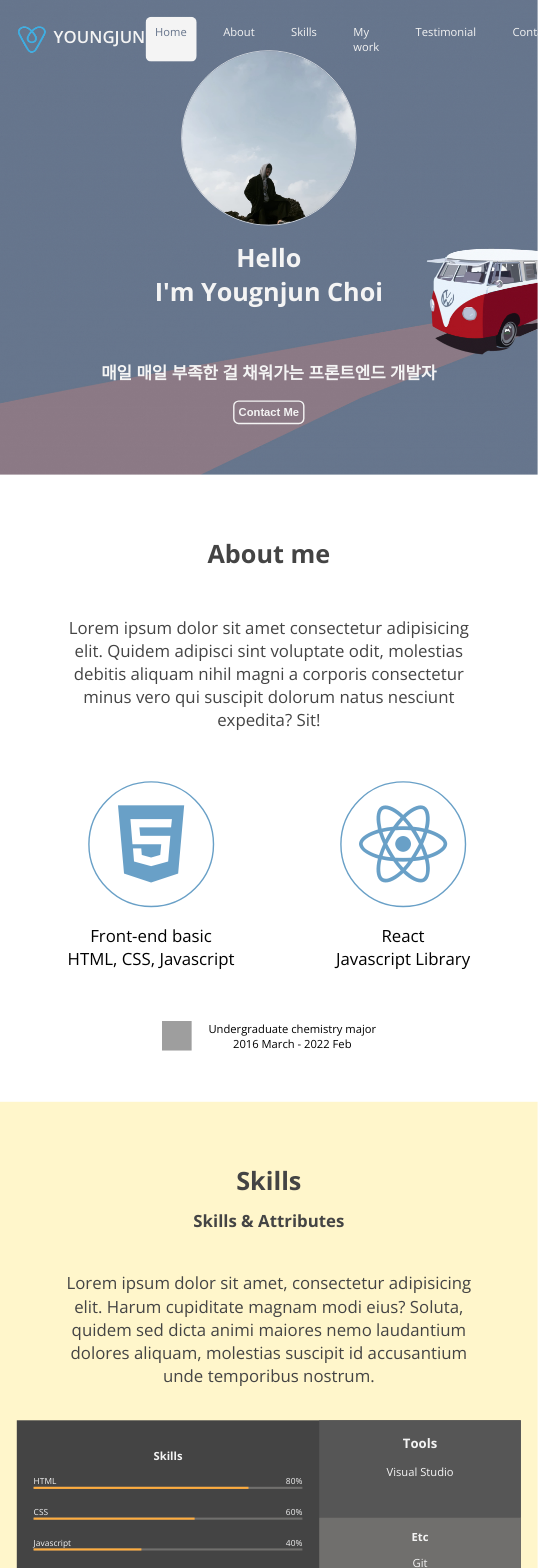
Repository: choi2021/portfolio-vanillaJS
Page: index.html
An editor plug-in stored every save of this project. The page is shown before and after a run of saves, followed by the edit.
The browser window is 768 px wide. The pictures show the part of the page from y = 0 to 2240 px (the page is 5112 px tall), at 70% of full size.
Pictures or frames that could not be fetched are drawn as grey boxes. Some web libraries are served in a nearby version.

Above is the page before, as saved 2022-01-08 14:47:02.

### index.html
<!DOCTYPE html>
<html lang="en">

<head>
  <meta charset="UTF-8">
  <meta http-equiv="X-UA-Compatible" content="IE=edge">
  <meta name="viewport" content="width=device-width, initial-scale=1.0">
  <title>Youngjun's Portfolio</title>
  <meta name="description" content="Front-end developer Youngjun">
  <meta name="author" content="Youngjun ">
  <link rel="icon" href="public/favicon.png" type="public/png">
  <link rel="stylesheet" href="style.css">
  <script src="main.js" defer></script>
  <script src="https://kit.fontawesome.com/a6a726722e.js" crossorigin="anonymous"></script>
  <link href="https://fonts.googleapis.com/css2?family=Open+Sans:wght@400;600;700&display=swap" rel="stylesheet">
</head>

<body>
  <!-- Navbar -->
  <nav class="navbar">
    <div class="navbar__logo">
      <img src="public/favicon.png" alt="logo">
      <a href="#">YOUNGJUN</a>
    </div>
    <ul class="navbar__menu">
      <li class="navbar__menu__item active">Home</li>
      <li class="navbar__menu__item">About</li>
      <li class="navbar__menu__item">Skills</li>
      <li class="navbar__menu__item">My work</li>
      <li class="navbar__menu__item">Testimonial</li>
      <li class="navbar__menu__item">Contact</li>
    </ul>
  </nav>
  <!-- Home -->
  <section class="home">
    <img class="home__avatar" src="public/profile.jpg" alt="home-img">
    <h1 class="title">Hello <br> I'm Yougnjun Choi</h1>
    <h3 class="description">매일 매일 부족한 걸 채워가는 프론트엔드 개발자</h3>
    <button class="home__contact">contact me</button>
  </section>
  <!-- About -->
  <section class="about section">
    <div class="section__container">
      <h1 class="title">About me</h1>
      <p class="description">Lorem ipsum dolor sit amet consectetur adipisicing elit. Quidem adipisci sint voluptate
        odit, molestias debitis aliquam nihil magni a corporis consectetur minus vero qui suscipit dolorum natus
        nesciunt
        expedita? Sit!</p>
      <ul class="about__stacks">
        <li class="stack">
          <div class="stack__icon">
            <i class="fab fa-html5"></i>
          </div>
          <div class="stack__title">Front-end basic</div>
          <div class="stack__description">HTML, CSS, Javascript</div>
        </li>
        <li class="stack">
          <div class="stack__icon">
            <i class="fab fa-react"></i>
          </div>
          <div class="stack__title">React</div>
          <div class="stack__description">Javascript Library</div>
        </li>
      </ul>
      <div class="about__experience">
        <img src="public/gist_logo.jpg" alt="">
        <div class="experience__description">
          <div class="experience__name">Undergraduate chemistry major</div>
          <div class="experience__term">2016 March - 2022 Feb</div>
        </div>
      </div>
    </div>
  </section>
  <!-- Skills -->
  <section class="skills section">
    <div class="section__container">
      <h1 class="title">Skills</h1>
      <h2 class="sub_title">Skills & Attributes</h2>
      <p class="description">Lorem ipsum dolor sit amet, consectetur adipisicing elit. Harum cupiditate magnam modi
        eius? Soluta,
        quidem sed dicta animi maiores nemo laudantium dolores aliquam, molestias suscipit id accusantium unde
        temporibus
        nostrum.</p>
      <div class="skillset">
        <div class="skillset__left">
          <h3 class="skillset__title">Skills</h3>
          <div class="skill">
            <div class="skill__description">
              <span class="description__name">HTML</span>
              <span class="description__figure">80%</span>
            </div>
            <div class="skill__bar">
              <div class="skill__value" style="width: 80%"></div>
            </div>
          </div>
          <div class="skill">
            <div class="skill__description">
              <span class="description__name">CSS</span>
              <span class="description__figure">60%</span>
            </div>
            <div class="skill__bar">
              <div class="skill__value" style="width: 60%"></div>
            </div>
          </div>
          <div class="skill">
            <div class="skill__description">
              <span class="description__name">Javascript</span>
              <span class="description__figure">40%</span>
            </div>
            <div class="skill__bar">
              <div class="skill__value" style="width: 40%"></div>
            </div>
          </div>
          <div class="skill">
            <div class="skill__description">
              <span class="description__name">React</span>
              <span class="description__figure">10%</span>
            </div>
            <div class="skill__bar">
              <div class="skill__value" style="width:10%"></div>
            </div>
          </div>
        </div>
        <div class="skillset__right">
          <section class="tools">
            <h3 class="tools__title">Tools</h3>
            <ul class="tools__list">
              <li>
                <span>Visual Studio</span>
              </li>
            </ul>
          </section>
          <section class="etc">
            <h3 class="skillset__title">Etc</h3>
            <ul class="etc__list">
              <li>
                <span>Git</span>
              </li>
            </ul>
          </section>
        </div>
      </div>
    </div>
  </section>
  <section class="work section">
    <div class="section__container">
      <h1 class="title">My Work</h1>
      <h2 class="description">Projects</h2>
      <div class="work__categories">
        <button class="category__btn active">
          All
          <span class="category__count">8</span>
        </button>
        <button class="category__btn">HTML+CSS<span class="category__count">3</span></button>
        <button class="category__btn">HTML+CSS+Javascript<span class="category__count">3</span></button>
        <button class="category__btn">React<span class="category__count">2</span></button>
      </div>
      <div class="work__projects">
        <a href="#" class="project">
          <img src="public/background.jpg" alt="">
          <div class="project__description">
            <h3>Youtube UI</h3>
            <span>Clone coding with HTML and CSS</span>
          </div>
        </a>
        <a href="#" class="project">
          <img src="public/background.jpg" alt="">
          <div class="project__description">
            <h3>Youtube UI</h3>
            <span>Clone coding with HTML and CSS</span>
          </div>
        </a>
        <a href="#" class="project">
          <img src="public/background.jpg" alt="">
          <div class="project__description">
            <h3>Youtube UI</h3>
            <span>Clone coding with HTML and CSS</span>
          </div>
        </a>
        <a href="#" class="project">
          <img src="public/background.jpg" alt="">
          <div class="project__description">
            <h3>Youtube UI</h3>
            <span>Clone coding with HTML and CSS</span>
          </div>
        </a>
        <a href="#" class="project">
          <img src="public/background.jpg" alt="">
          <div class="project__description">
            <h3>Youtube UI</h3>
            <span>Clone coding with HTML and CSS</span>
          </div>
        </a>
        <a href="#" class="project">
          <img src="public/background.jpg" alt="">
          <div class="project__description">
            <h3>Youtube UI</h3>
            <span>Clone coding with HTML and CSS</span>
          </div>
        </a>
        <a href="#" class="project">
          <img src="public/background.jpg" alt="">
          <div class="project__description">
            <h3>Youtube UI</h3>
            <span>Clone coding with HTML and CSS</span>
          </div>
        </a>
        <a href="#" class="project">
          <img src="public/background.jpg" alt="">
          <div class="project__description">
            <h3>Youtube UI</h3>
            <span>Clone coding with HTML and CSS</span>
          </div>
        </a>
      </div>
    </div>
  </section>
  <section class="testimonials section">
    <div class="section__container">
      <h1 class="title">Testimonials</h1>
      <h2 class="description">See what they say about me</h2>
      <div class="testimonialset">
        <div class="testimonial">
          <img class="testimonial__avatar" src="public/background2.jpg" alt="">
          <div class="testimonial__speech-bubble">
            <span>Lorem ipsum dolor sit amet consectetur adipisicing elit. Minus tenetur in minima voluptatum! Accusamus
              suscipit laborum corrupti quidem fuga ratione doloremque. Fugiat porro sapiente sed suscipit delectus
              animi
              harum officia!</span>
            <div class="name-and-company">
              <span class="name"><a href="#"> Ellie</a></span>
              <span class="companay">TigerSpike</span>
            </div>
          </div>
        </div>
        <div class="testimonial">
          <div class="section__container"></div>
          <div class="testimonial__speech-bubble">
            <span>Lorem ipsum dolor sit amet consectetur adipisicing elit. Minus tenetur in minima voluptatum! Accusamus
              suscipit laborum corrupti quidem fuga ratione doloremque. Fugiat porro sapiente sed suscipit delectus
              animi
              harum officia!</span>
            <div class="name-and-company">
              <span class="name"><a href="#"> Ellie</a></span>
              <span class="companay">TigerSpike</span>
            </div>
          </div>
          <img class="testimonial__avatar" src="public/background2.jpg" alt="">
        </div>
      </div>
    </div>

  </section>
  <section class="contact section">
    <h1 class="title">Let's Talk</h1>
    <h2 class="contact__email">juni2004c@gmail.com</h2>
    <div class="contact__links">
      <a href="#">
        <i class="fab fa-github"></i>
      </a>
    </div>
    <p class="contact__rights">2022 Youngjun Choi- All rights reserved</p>
  </section>
</body>

</html>

### style.css
:root {
  /* color */
  --white-color: #f4f4f4;
  --blue-color: #69a0c7;
  --light-yellow-color: #fff6cb;
  --deep-yellow-color: #feac3e;
  --pink-color: #fd8682;
  --black-color: #444444;
  --dark-gray-color: #565656;
  --dim-gray-color: #706f6d;
  --light-gray-color: #d1d1d1;
  --dark-red-color: #8c7a86;
  --dark-blue-color: #67758c;

  /* Space */
  --base-space: 36px;

  /* Font weight */
  --weight-bold: 700;
  --weight-semi-bold: 600;
  --weight-regular: 400;

  /* Font-size */
  --font-large: 48px;
  --font-medium: 28px;
  --font-regular: 18px;
  --font-small: 16px;

  /* size */
  --count-size: 32px;
  --border-size: 8px;
  --logo-size: 43px;
  --avatar-size: 350px;
  --stack-size: 180px;
  --project-width: 280px;
  --project-height: 250px;
  --testimonial-size: 250px;
}

/* Universal tags */
* {
  box-sizing: border-box;
}

h1 {
  font-size: var(--font-large);
  font-weight: var(--weight-bold);
  color: var(--black-color);
  margin: 16px 0px;
}

h2 {
  font-size: var(--font-medium);
  font-weight: var(--weight-semi-bold);
  color: var(--black-color);
  margin: 8px 0px;
}

body {
  margin: 0;
  font-family: "Open Sans", sans-serif;
}

ul {
  list-style: none;
  padding-left: 0;
}

a {
  text-decoration: none;
  color: var(--black-color);
}

button {
  border: none;
  outline: none;
  background-color: transparent;
  cursor: pointer;
}

/* navbar */

.navbar {
  display: flex;
  justify-content: space-between;
  align-items: center;
  background-color: transparent;
  font-size: var(--font-medium);
  position: fixed;
  top: 0;
  width: 100%;
  padding: 0 var(--base-space);
}

.navbar__logo {
  display: flex;
}

.navbar__logo img {
  width: var(--logo-size);
  height: var(--logo-size);
  margin-right: calc(0.4 * var(--base-space));
}

.navbar__logo a {
  font-size: var(--font-medium);
  font-weight: var(--weight-semi-bold);
  color: var(--white-color);
}

.navbar__menu {
  display: flex;
  padding-left: 0;
}

.navbar__menu__item {
  padding: 8px 12px;
  font-size: var(--font-regular);
  cursor: pointer;
  border: 2px transparent solid;
  border-radius: var(--border-size);
  color: var(--white-color);
  margin-right: var(--base-space);
}

.navbar__menu__item:hover {
  border: 2px white solid;
}

.navbar__menu__item.active {
  background-color: var(--white-color);
  color: var(--dark-blue-color);
}

/* Home */

.home {
  padding: calc(3 * var(--base-space)) var(--base-space);
  background: url(./public/background.jpg) no-repeat center/cover;
  text-align: center;
}

.home__avatar {
  width: var(--avatar-size);
  height: var(--avatar-size);
  border-radius: 50%;
  border: 1px white solid;
}

.home .title {
  font-size: var(--font-large);
  font-weight: var(--weight-bold);
  text-align: center;
  color: var(--white-color);
}

.home .description {
  padding-top: calc(2 * var(--base-space));
  font-size: var(--font-medium);
  color: var(--white-color);
}

.home__contact {
  font-size: var(--font-regular);
  font-weight: var(--weight-bold);
  color: var(--white-color);
  text-transform: capitalize;
  padding: calc(0.25 * var(--base-space));
  border: solid var(--white-color) 2px;
  border-radius: var(--border-size);
}

.home__contact:hover {
  background-color: var(--white-color);
  color: var(--dark-blue-color);
}

.section {
  padding: calc(3 * var(--base-space)) var(--base-space);
  text-align: center;
}

.section__container {
  max-width: 1200px;
  margin: auto;
}

.about .description {
  width: 85%;
  margin: auto;
  padding-top: calc(2 * var(--base-space));
  font-size: var(--font-medium);
  text-align: center;
  color: var(--black-color);
  margin-bottom: calc(2 * var(--base-space));
}

.about__stacks {
  display: flex;
  justify-content: space-around;
  padding-left: 0;
  margin: calc(3 * var(--base-space)) 0;
}

.stack {
  font-size: var(--font-medium);
  display: flex;
  flex-direction: column;
  align-items: center;
  text-align: center;
}

.stack__icon {
  font-size: calc(0.7 * var(--stack-size));
  width: var(--stack-size);
  height: var(--stack-size);
  display: flex;
  justify-content: center;
  align-items: center;
  color: var(--blue-color);
  border: 2px solid var(--blue-color);
  border-radius: 50%;
  margin-bottom: var(--base-space);
  transition: transform 300ms ease-in;
}

.stack__icon:hover {
  transform: rotate(45deg);
  color: var(--dark-blue-color);
  border: 2px solid var(--dark-blue-color);
}

.about__experience {
  display: flex;
  justify-content: center;
  width: 50%;
  margin: auto;
}

.about__experience img {
  width: var(--logo-size);
  height: var(--logo-size);
  margin-right: var(--base-space);
}

.skills {
  background-color: var(--light-yellow-color);
}

.skills .sub_title {
  font-size: var(--font-medium);
  font-weight: var(--weight-bold);
  text-align: center;
  color: var(--black-color);
}

.skills .description {
  width: 85%;
  margin: auto;
  padding-top: calc(2 * var(--base-space));
  font-size: var(--font-medium);
  text-align: center;
  color: var(--black-color);
  margin-bottom: calc(2 * var(--base-space));
}

.skillset {
  display: flex;
  background-color: var(--black-color);
}

.skillset__left {
  flex-basis: 60%;
  display: flex;
  color: var(--white-color);
  flex-direction: column;
  align-items: center;
  padding: var(--base-space);
}

.skillset__title {
  font-size: var(--font-regular);
}

.skill {
  width: 100%;
  margin-bottom: var(--base-space);
}

.skill__description {
  width: 100%;
  font-size: var(--font-small);
  display: flex;
  justify-content: space-between;
}

.skill__bar {
  height: 3px;
  background-color: var(--dim-gray-color);
}

.skill__value {
  height: 3px;
  background-color: var(--deep-yellow-color);
}

.skillset__right {
  flex-basis: 40%;
  display: flex;
  flex-direction: column;
  margin: 0;
  text-align: center;
}

.tools {
  background-color: var(--dark-gray-color);
  width: 100%;
  height: 50%;
  color: var(--white-color);
}

.etc {
  background-color: var(--dim-gray-color);
  padding-left: 0;
  height: 50%;
  color: var(--white-color);
}

.tools__list,
.etc__list {
  padding-left: 0;
}

.work .description {
  width: 85%;
  margin: auto;
  padding-top: calc(2 * var(--base-space));
  color: var(--black-color);
  margin-bottom: calc(2 * var(--base-space));
}

.work__categories {
  margin-bottom: var(--base-space);
}

.category__btn {
  font-size: var(--font-regular);
  padding: 8px 12px;
  border: 1px solid var(--dim-gray-color);
  border-radius: var(--border-size);
}

.category__btn.active {
  color: var(--white-color);
  background-color: var(--dark-blue-color);
}

.category__count {
  display: inline-block;
  font-size: var(--font-regular);
  border-radius: 50%;
  width: var(--count-size);
  height: var(--count-size);
  line-height: 32px;
  background-color: var(--deep-yellow-color);
  margin-left: 8px;
  position: relative;
  top: -40px;
  left: 4px;
  opacity: 0;
  transition: all 300ms ease-in;
}
.category__btn.active .category__count,
.category__btn:hover .category__count {
  opacity: 1;
  top: 0;
  left: 0;
}

.work__projects {
  display: flex;
  justify-content: center;
  flex-wrap: wrap;
  width: 100%;
}

.project {
  position: relative;
  width: var(--project-width);
  height: var(--project-height);
  margin-right: calc(0.5 * var(--base-space));
  margin-bottom: calc(0.5 * var(--base-space));
}

.project img {
  width: 100%;
  height: 100%;
}

.project__description {
  background-color: var(--light-yellow-color);
  position: absolute;
  top: 0;
  left: 0;
  width: 100%;
  height: 100%;
  display: flex;
  flex-direction: column;
  justify-content: center;
  opacity: 0;
  transform: translate(0, 10px);
  transition: all 300ms ease-in-out;
}

.project__description:hover {
  opacity: 0.9;
  transform: translate(0, 0);
}

.project__description h3::after {
  display: block;
  margin: auto;
  content: "";
  width: 125px;
  height: 2px;
  background-color: var(--dim-gray-color);
}

.project__description span {
  font-size: var(--font-small);
}

/* Testimonial */

.testimonials {
  background-color: var(--light-gray-color);
}

.testimonials .description {
  max-width: 1200px;
  padding-top: calc(var(--base-space));
  font-size: var(--font-medium);
  color: var(--black-color);
  margin-bottom: calc(2 * var(--base-space));
}

.testimonialset {
  display: flex;
  flex-direction: column;
}

.testimonial {
  display: flex;
  margin-bottom: var(--base-space);
}

.testimonial__avatar:nth-child(odd) {
  margin-right: 24px;
}

.testimonial__avatar :nth-child(even) {
  margin-left: 24px;
}

.testimonial__avatar {
  width: var(--testimonial-size);
  height: var(--testimonial-size);
}

.testimonial__speech-bubble {
  background-color: var(--white-color);
  padding: var(--base-space);
  font-size: var(--font-regular);
  text-align: center;
}

.testimonial__speech-bubble .name-and-company {
  margin-top: var(--base-space);
}

.testimonial__speech-bubble .name {
  font-weight: var(--weight-bold);
}

/* contact */
.contact {
  background-color: var(--dark-blue-color);
}

.contact .title,
.contact__email,
.contact__rights {
  color: var(--white-color);
}

.contact .title {
  font-size: var(--font-large);
}

.contact__email {
  font-size: var(--font-medium);
}

.contact__links {
  color: var(--white-color);
}

.contact__links a {
  font-size: var(--logo-size);
  color: var(--white-color);
}

.contact__links a i {
  transition: transform 300ms ease-in-out;
}

.contact__links a i:hover {
  transform: scale(1.1);
}

.contact__rights {
  font-size: var(--font-regular);
}

@media screen and (max-width: 768px) {
  :root {
    /* Space */
    --base-space: 24px;

    /* Font weight */
    --weight-bold: 700;
    --weight-semi-bold: 600;
    --weight-regular: 400;

    /* Font-size */
    --font-large: 36px;
    --font-medium: 24px;
    --font-regular: 16px;
    --font-small: 12px;

    /* size */
    --count-size: 32px;
    --border-size: 8px;
    --logo-size: 43px;
    --avatar-size: 250px;
    --stack-size: 180px;
    --project-width: 280px;
    --project-height: 250px;
    --testimonial-size: 250px;
  }
}

### main.js
// navbar background color
const navbar = document.querySelector(".navbar");
const navbarInfo = navbar.getBoundingClientRect();
console.log(navbarInfo);
console.log(navbarInfo.height);

After the next 2 saves:
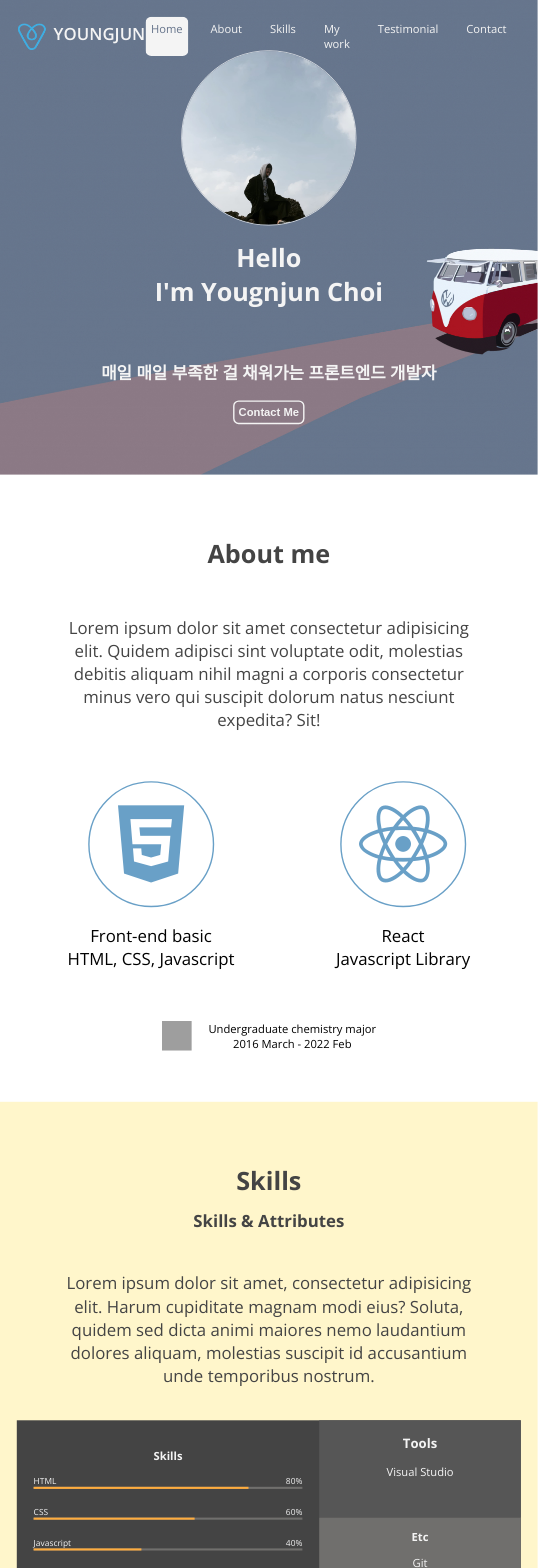
The 2 saves are shown as one change because they came seconds apart.
The last was saved 35 s later.
--- a/style.css
+++ b/style.css
@@ -548,4 +548,8 @@ button {
     --project-height: 250px;
     --testimonial-size: 250px;
   }
-}
+
+  .navbar__menu__item {
+    padding: 4px 6px;
+  }
+}
